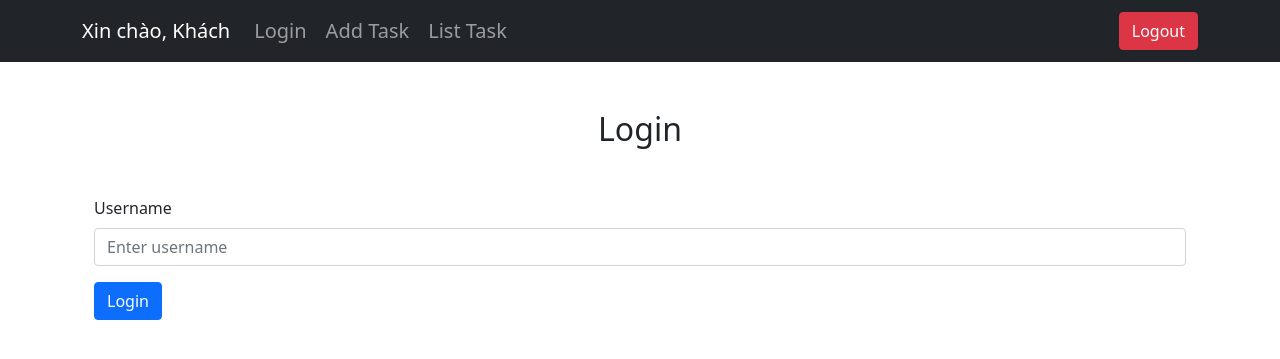
Repository: Lemon-ooo/PersonalTaskManager
Page: /login
The author's editor kept a copy of each file at every save. The page is drawn from the files as they stood at one save, then again after a run of saves.
The browser window is 1280 px wide. The pictures show the whole page.
The project was rebuilt for these pictures with package versions that can differ from the ones it lists, and the page was loaded fresh each time. Also part of the build but not shown: vite.config.ts, src/services/task.ts, src/hooks/useTask.ts, src/page/TaskList.tsx, src/components/TaskForm.tsx, src/page/TaskAdd.tsx, src/page/TaskEdit.tsx.

Above is the page before, as saved 2025-07-27 03:18:15.

After the next 2 saves:
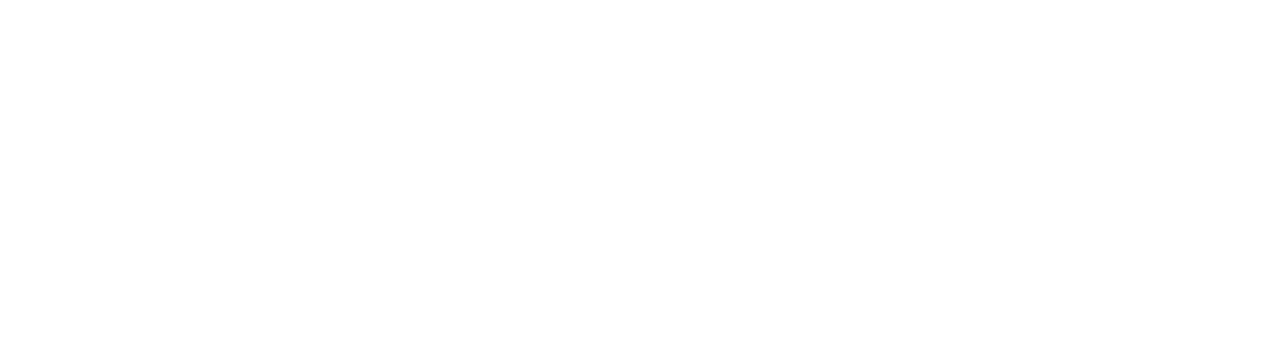
Console error: ReferenceError: currentUser is not defined
The 2 saves are shown as one change because they came seconds apart.
The last was saved 3 min 28 s later.
--- a/src/App.tsx
+++ b/src/App.tsx
@@ -18,7 +18,7 @@
       <nav className="navbar navbar-dark bg-dark navbar-expand-lg">
         <div className="container">
           <span className="navbar-brand">
-            Xin chào, {localStorage.getItem("username") || "Khách"}
+            Xin chào, {currentUser?.username || "Khách"}
           </span>
           <div className="collapse navbar-collapse" id="navbarNav">
             <ul

After the save that followed:
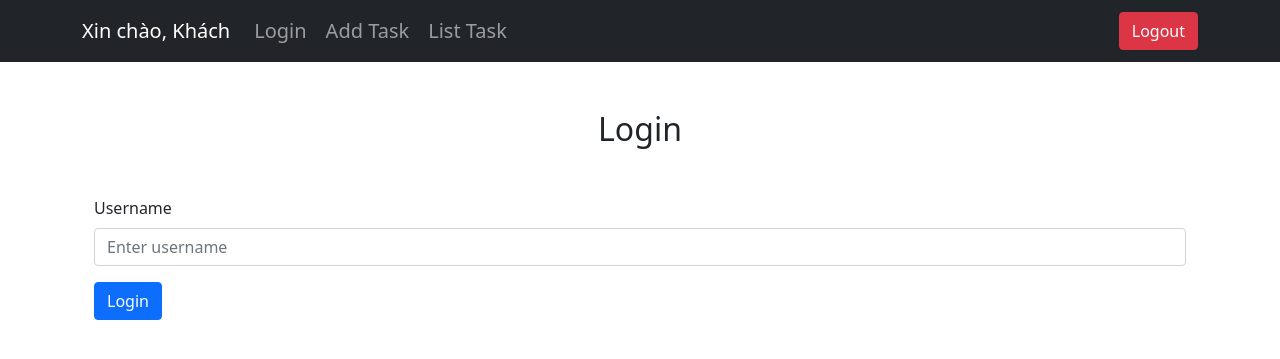
The error is gone.
Saved 15 s later.
--- a/src/App.tsx
+++ b/src/App.tsx
@@ -18,8 +18,13 @@
       <nav className="navbar navbar-dark bg-dark navbar-expand-lg">
         <div className="container">
           <span className="navbar-brand">
-            Xin chào, {currentUser?.username || "Khách"}
+            {(() => {
+              const stored = localStorage.getItem("user");
+              const user = stored ? JSON.parse(stored) : null;
+              return `Xin chào, ${user?.username || "Khách"}`;
+            })()}
           </span>
+
           <div className="collapse navbar-collapse" id="navbarNav">
             <ul
               className="navbar-nav me-auto mb-2 mb-lg-0"
